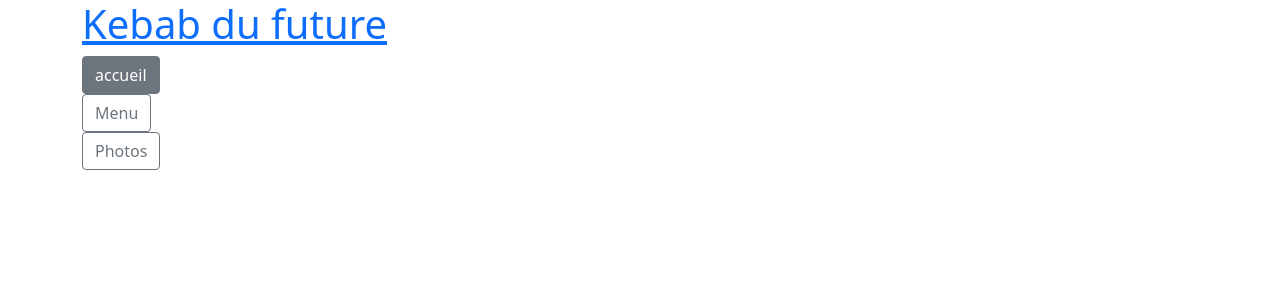
Repository: phbord/THP-js-exercices-manipulation-DOM
Page: index.html
These files come from the project's save history. The page is drawn as it stood at one moment and after the next save; the edit follows.
The browser window is 1280 px wide. The pictures show the whole page.

Above is the page before, as saved 2021-07-19 10:57:59.

### index.html
<!DOCTYPE HTML>
<html lang="fr">
    <head>
        <title></title>
        <meta charset="utf-8">
        <link href="https://cdn.jsdelivr.net/npm/bootstrap@5.0.2/dist/css/bootstrap.min.css"
                rel="stylesheet"
                integrity="sha384-EVSTQN3/azprG1Anm3QDgpJLIm9Nao0Yz1ztcQTwFspd3yD65VohhpuuCOmLASjC"
                crossorigin="anonymous">
        <link rel="stylesheet" href="./styles/main.css">
    </head>
    <body>
        <!-- HEADER -->
        <header>
            <nav class="container">
                <a class="" href="#">
                    <h1>Kebab du future</h1>
                </a>
                <ul class="">
                    <li class="me-2">
                        <a class="btn btn-secondary" href="#">accueil</a>
                    </li>
                    <li class="me-2">
                        <a class="btn btn-outline-secondary" href="#">Menu</a>
                    </li>
                    <li>
                        <a class="btn btn-outline-secondary" href="#">Photos</a>
                    </li>
                </ul>
            </nav>
        </header>

        <!-- ACCUEIL -->

        <!-- MENU -->

        <!-- PHOTOS -->


        <!-- SCRIPTS -->
        <script src="./scripts/main.js"></script>
    </body>
</html>

### styles/main.css
ul,li {
    margin: 0;
    padding: 0;
    list-style: none;
}

Loaded but not shown: scripts/main.js (no copy from this time; the picture is the same without it)

After the next save:
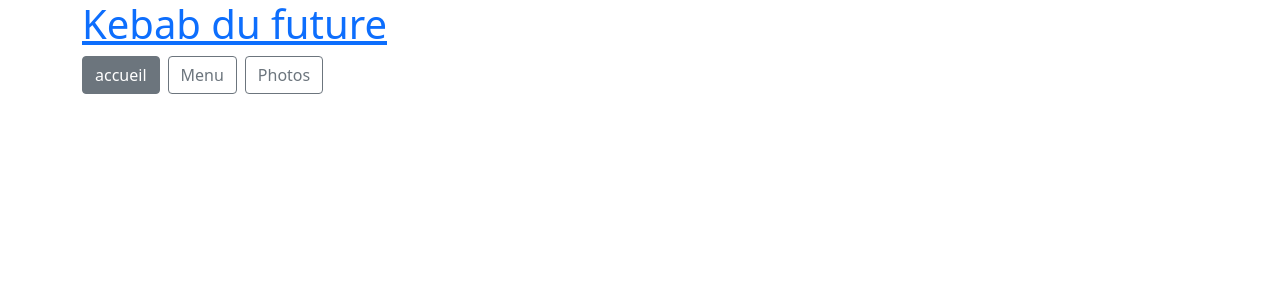
Saved 9 s later.
--- a/index.html
+++ b/index.html
@@ -16,7 +16,7 @@
                 <a class="" href="#">
                     <h1>Kebab du future</h1>
                 </a>
-                <ul class="">
+                <ul class="d-flex">
                     <li class="me-2">
                         <a class="btn btn-secondary" href="#">accueil</a>
                     </li>
